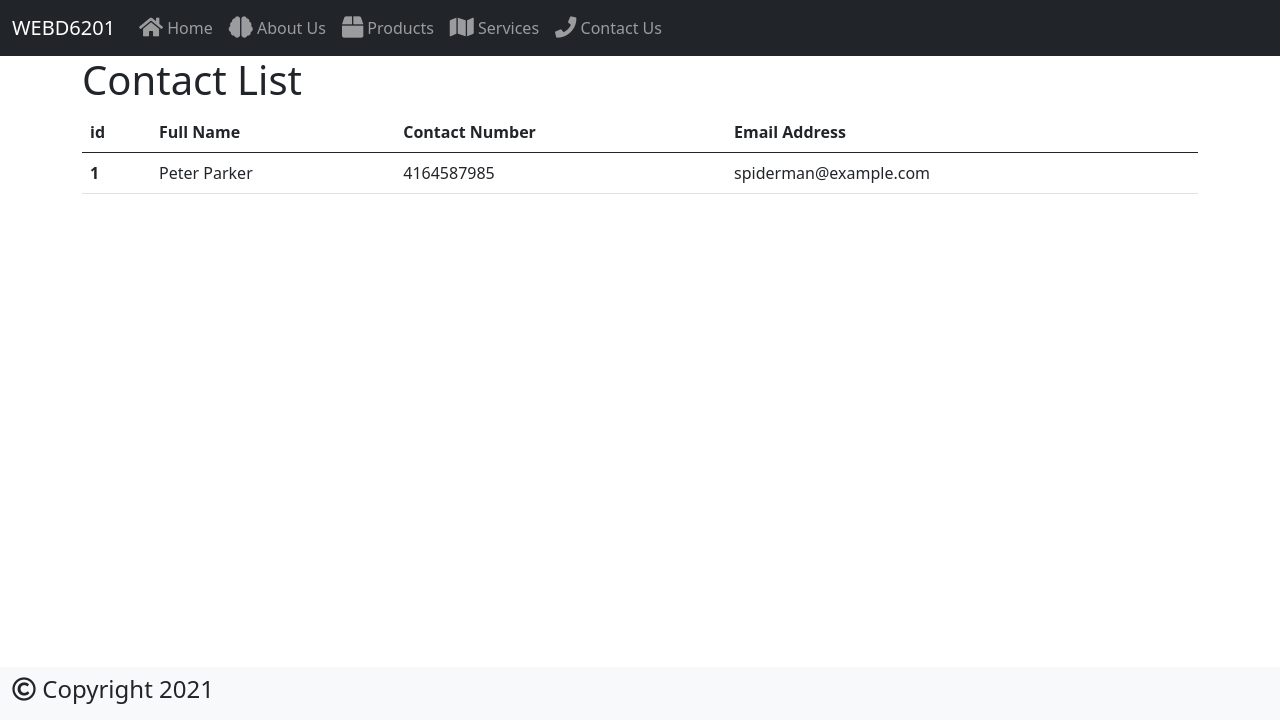
Repository: AshokSasi/WEBD6201-Week3
Page: contact-list.html
These files come from the project's save history. The page is drawn as it stood at one moment and after the next save; the edit follows.
The browser window is 1280 px wide. The pictures show the whole page.

Above is the page before, as saved 2021-01-28 10:32:03.

### contact-list.html
<!DOCTYPE html>
<html lang="en">
<head>
    <meta charset="UTF-8">
    <meta name="viewport" content="width=device-width, initial-scale=1.0">
    <title>Contact-List</title>
    <!-- CSS Section-->
    <link rel="stylesheet" href="./Content/app.css">
    <link rel="stylesheet" href="./node_modules/bootstrap/dist/css/bootstrap.min.css">
    <link rel="stylesheet" href="./node_modules/@fortawesome/fontawesome-free/css/all.min.css">
</head>
<body>
  <!-- Main Header -->
    <header>
      <!--main navbar-->
        <nav class="navbar navbar-expand-lg navbar-dark bg-dark">
            <div class="container-fluid">
              <a class="navbar-brand" href="index.html">WEBD6201</a>
              <button class="navbar-toggler" type="button" data-bs-toggle="collapse" data-bs-target="#navbarSupportedContent" aria-controls="navbarSupportedContent" aria-expanded="false" aria-label="Toggle navigation">
                <span class="navbar-toggler-icon"></span>
              </button>
              <div class="collapse navbar-collapse" id="navbarSupportedContent">
                <ul class="navbar-nav me-auto mb-2 mb-lg-0">
                  <li class="nav-item">
                    <a class="nav-link" aria-current="page" href="index.html"><i class="fas fa-home fa-lg"></i> Home</a>
                  </li>
                  <li class="nav-item">
                    <a class="nav-link" aria-current="page" href="about.html"><i class="fas fa-brain fa-lg"></i> About Us</a>
                  </li>
                  <li class="nav-item">
                    <a class="nav-link" aria-current="page" href="products.html"><i class="fas fa-box fa-lg"></i> Products</a>
                  </li>
                  <li class="nav-item">
                    <a class="nav-link" aria-current="page" href="services.html"><i class="fas fa-map fa-lg"></i> Services</a>
                  </li>
                  <li class="nav-item">
                    <a class="nav-link" aria-current="page" href="contact.html"><i class="fas fa-phone fa-lg"></i> Contact Us</a>
                  </li>
                </ul>

              </div>
            </div>
          </nav>
    </header>

    <!-- Main Content-->
    <main class="container">
        <h1>Contact List</h1>

        <div class="row">
            <div class="col">
                <table class="table">
                    <thead>
                      <tr>
                        <th scope="col">id</th>
                        <th scope="col">Full Name</th>
                        <th scope="col">Contact Number</th>
                        <th scope="col">Email Address</th>
                      </tr>
                    </thead>
                    <tbody>
                      <tr>
                        <th scope="row">1</th>
                        <td>Peter Parker</td>
                        <td>4164587985</td>
                        <td>spiderman@example.com</td>
                      </tr>
                    </tbody>
                  </table>
            </div>
        </div>

    </main>

    <!--Main Footer Nav -->
    <footer>
        <nav class="navbar fixed-bottom navbar-light bg-light">
            <div class="container-fluid">
              <h4><i class="far fa-copyright"></i> Copyright 2021</h4>
            </div>
          </nav>
    </footer>

    <!--Javascript section-->
    <script src="./Scripts/contact.js"></script>
    <script src="./Scripts/app.js"></script>
    <script src="./node_modules/jquery/dist/jquery.min.js"></script>

    <script src="./node_modules/bootstrap/dist/js/bootstrap.bundle.min.js"></script>
</body>
</html>

### Scripts/contact.js
"use strict";
class Contact
{
    //getters and setters
    get FullName()
    {
      return this.m_fullName;
    }
    set FullName(value)
    {
      this.m_fullName = value;
    }
    //get/set contact number
    get ContactNumber()
    {
      return this.m_contactNumber;
    }
    set ContactNumber(value)
    {
      this.m_contactNumber = value;
    }
    //get/set email
    get EmailAddress()
    {
      return this.m_emailAddress;
    }
    set EmailAddress(value)
    {
      this.m_emailAddress = value;
    }

    //Constructor
    /**
     * Contact Class Constructor
     *
     * @param {string} [fullName=""] the user's full name
     * @param {string} [contactNumber=""] The user's contact number
     * @param {string} [emailAddress=""] The user's email address
     * @memberof Contact
     */
    constructor(fullName = "", contactNumber = "", emailAddress = "") {
      this.m_fullName = fullName;
      this.m_contactNumber = contactNumber;
      this.m_emailAddress = emailAddress;
    }

    //Methods

   /**
    *This method overrides the built in toString method for the Contact class
    *
    * @return {string}
    *
    */
   toString()
   {
     return `Full Name     : ${this.m_fullName} \nContact Number: ${this.m_contactNumber}\nEmail Address : ${this.m_emailAddress}`;
   }

   /**
    * This method returns a JSON object made up of the properties of the Contact class
    *
    * @returns {Object}
    */
   toJSON()
   {
     return {
       "fullName": this.fullName,
       "contactNumber": this.contactNumber,
       "emailAddress": this.emailAddress
     }
   }

   /**
    *This Method converts the Contact into a comma separated value string
    *
    * @return {string}
    *
    */
   serialize()
    {
      if(fullName.value!== "" && contactNumber.value !== "" && emailAddress.value !== "")
      {
      return `${this.m_fullName},${this.m_contactNumber},${this.m_emailAddress}`;
      }
      else
      {
        console.error("One or more properties of the Contact is empty");
        return null;
      }
    }

    /**
     *This method takes a comma separated data string and assigns the values to the Contact class properties
     *
     * @param {string} data
     * @returns {void}
     */
    deserialize(data)
    {
      let propertyArray = data.split(",");
      this.firstName = propertyArray[0];
      this.contactNumber = propertyArray[1];
      this.emailAddress = propertyArray[2];
    }

  }

### Scripts/app.js

//IIFE Immediately Function Expression
//AKA - Anonymous Self- Executing Function
//Closure - Limits scop leak

"use strict";

let myContact =
{
  "fullName":"Tom Smith",
  "contactNumber":"5647891234",
  "emailAddress":"tom@example.com",
  "saysHello": function()
  {
    console.log(`${fullName} says Hello!`);
  },
  "someOtherObject":
  {
    "friendsList" : [
      "Peter Parker", "Tony Stark", "Stephen Strange"
    ]
  }
};

(function()
{
    function displayHome()
    {
        let paragraphOneText =
          "This is a simple site to demonstrate DOM manipulation for ICE 1";

        let paragraphOneElement = document.getElementById("paragraphOne");

        paragraphOneElement.textContent = paragraphOneText;
        paragraphOneElement.className = "fs-5";

        // Step 1: document.createElement
        let newParagraph = document.createElement("p");
        // Step 2: Configure the element
        newParagraph.setAttribute("id", "paragraphTwo");
        newParagraph.textContent = "... And this is paragraph two";
        // Step 3: Select the parent element
        let mainContent = document.getElementsByTagName("main")[0];
        // Step4: Add/Insert the element
        mainContent.appendChild(newParagraph);

        newParagraph.className = "fs-6";

        //another way of injecting content
        let paragraphDiv = document.createElement("div");
        let paragraphThree = `<p id="paragraphThree" class="fs-7 fw-bold">And this is the third paragraph</p>`;
        paragraphDiv.innerHTML = paragraphThree;

        //example of inserting before a node.
        //  newParagraph.before(paragraphDiv)

        //example of inserting after a node.
        newParagraph.after(paragraphDiv);

        //delete elements
        //paragraphOneElement.remove();

        //example of remove child
        mainContent.removeChild(paragraphOneElement);

        //update / modification
        // mainContent.firstElementChild.textContent = "Welcome Home";

        mainContent.innerHTML = `<h1 id="firstHeading">Welcome to WEBD6201 - ICE 1</h1>
     <p id="paragraphOne" class="fs-3 fw-bold">This is my first paragraph</p>
     `;

    }

    function displayAbout()
    {

    }

    function displayProducts()
    {

    }

    function displayServices()
    {

    }

    function displayContact()
    {
        let messageArea = document.getElementById("messageArea");
        messageArea.hidden = true;

        //form validation
        let fullName = document.getElementById("fullName");
        fullName.addEventListener("blur", function(){

            if(fullName.value.length <= 2)
            {
                fullName.focus();
                fullName.select();
                messageArea.hidden = false;
                messageArea.className = "alert alert-danger";
                messageArea.textContent = "Full Name must be greater than 2 characters"
            }
            else
            {
                messageArea.removeAttribute("class");
                messageArea.hidden = true;
            }

        });

        let sendButton = document.getElementById("sendButton");
        sendButton.addEventListener("click", function(event){
           //event.preventDefault();



          let contact = new Contact(fullName.value, contactNumber.value, emailAddress.value);

          if(contact.serialize() !== null)
          {
            localStorage.setItem((localStorage.length + 1).toString(), contact.serialize());
          }


        });
    }

    function displayContactList()
    {

    }

    function Start()
    {
        console.log("App started ...");
        console.log(document.title);
        switch (document.title)
        {
          case "Home":
              displayHome();
            break;
          case "About":
              displayAbout();
            break;
          case "Products":
              displayProducts();
            break;
          case "Services":
              displayServices();
            break;
          case "Contact Us":
              displayContact();
            break;
            case "Contact-List":
              displayContactList();
            break;
        }


    }
    window.addEventListener("load", Start);
})();

Loaded but not shown: node_modules/bootstrap/dist/css/bootstrap.min.css (library); node_modules/@fortawesome/fontawesome-free/css/all.min.css (library); node_modules/jquery/dist/jquery.min.js (library); node_modules/bootstrap/dist/js/bootstrap.bundle.min.js (library); Content/app.css (no stored copy; drawn as an empty file)

After the next save:
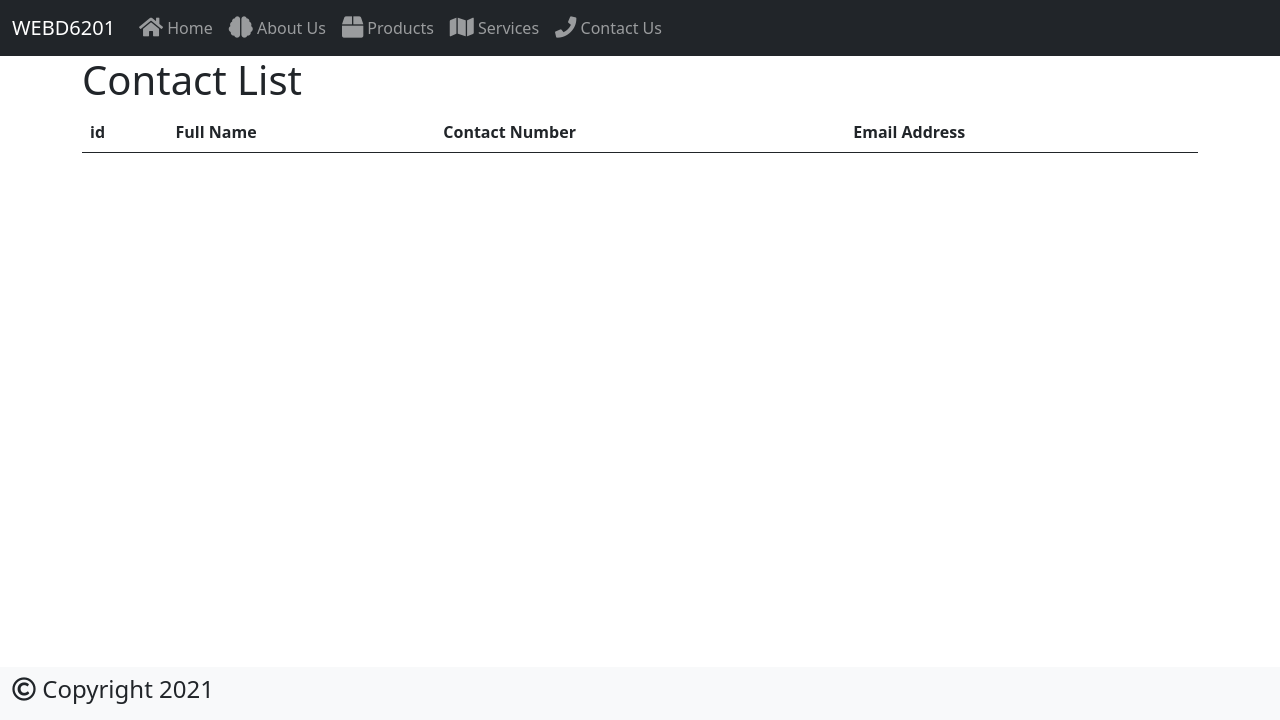
Saved 72 s later.
--- a/contact-list.html
+++ b/contact-list.html
@@ -58,13 +58,7 @@
                         <th scope="col">Email Address</th>
                       </tr>
                     </thead>
-                    <tbody>
-                      <tr>
-                        <th scope="row">1</th>
-                        <td>Peter Parker</td>
-                        <td>4164587985</td>
-                        <td>spiderman@example.com</td>
-                      </tr>
+                    <tbody id=contactList>
                     </tbody>
                   </table>
             </div>
